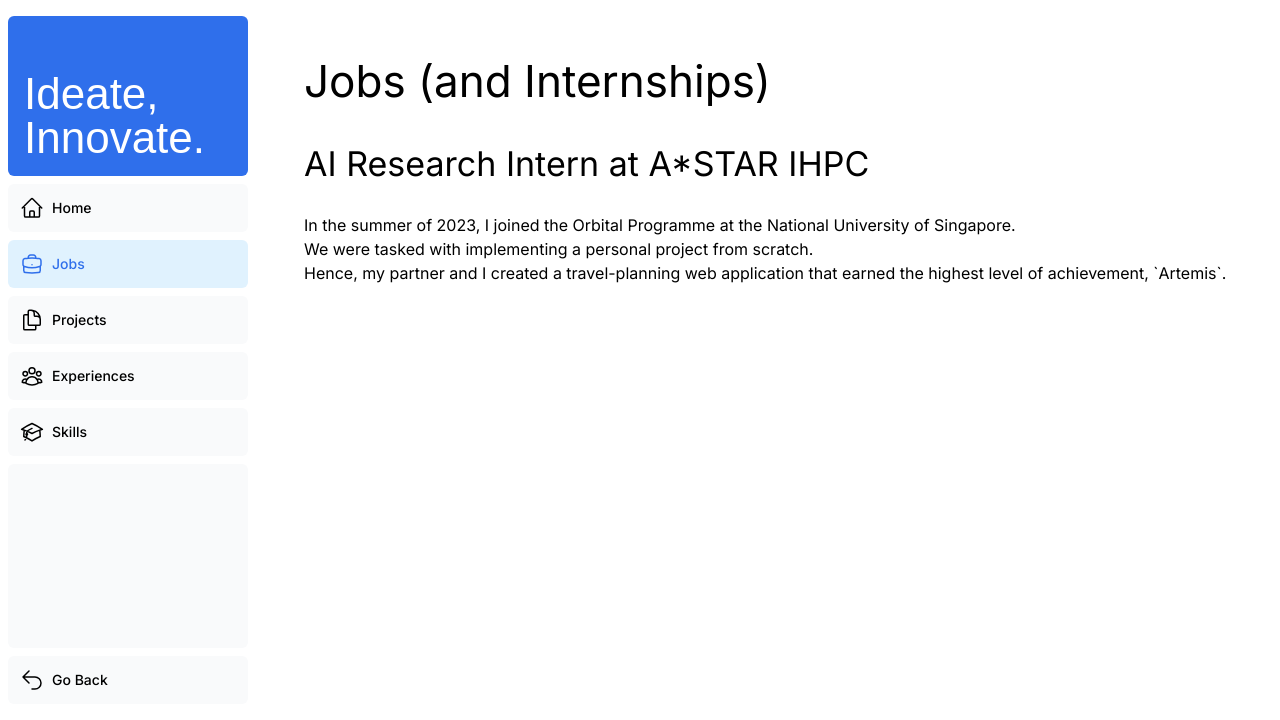
Repository: ThatGirlJam/jaime-portfolio
Page: /dashboard/jobs
These files come from the project's save history. The page is drawn as it stood at one moment and after the next save; the edit follows.
The browser window is 1280 px wide. The pictures show the whole page.
Some web fonts or font styles are not loaded; a fallback is used. The project was rebuilt for these pictures with package versions that can differ from the ones it lists, and the page was loaded fresh each time. The framework's server and built-in components were replaced by stand-ins that run in the browser. Also part of the build but not shown: next.config.js.

Above is the page before, as saved 2024-06-05 19:52:44.

### app/dashboard/jobs/page.tsx
export default function Page() {
  return (
    <div>
      <p className="text-[44px]"> Jobs (and Internships) </p>
      <br />
      <p className="text-[34px]"> AI Research Intern at A*STAR IHPC </p>
      <br />

      <p>
        In the summer of 2023, I joined the Orbital Programme at the National
        University of Singapore. <br />
        We were tasked with implementing a personal project from scratch. <br />
        Hence, my partner and I created a travel-planning web application that
        earned the highest level of achievement, `Artemis`.
      </p>
    </div>
  );
}

### app/ui/fonts.ts
import { Inter } from 'next/font/google';
import { Lusitana } from 'next/font/google';

export const inter = Inter({ subsets: ['latin'] });

export const lusitana = Lusitana({
  weight: ['400', '700'],
  subsets: ['latin'],
});

### app/ui/dashboard/sidenav.tsx
import Link from 'next/link';
import NavLinks from '@/app/ui/dashboard/nav-links';
import BannerLogo from '@/app/ui/banner-logo';
import { ArrowUturnLeftIcon } from '@heroicons/react/24/outline';

export default function SideNav() {
  return (
    <div className="flex h-full flex-col px-3 py-4 md:px-2">
      <Link
        className="h-25 mb-2 flex items-end justify-start rounded-md bg-blue-600 p-4 md:h-40"
        href="/"
      >
        <div className="w-32 text-white md:w-40">
          <BannerLogo />
        </div>
      </Link>
      <div className="flex grow flex-row justify-between space-x-2 md:flex-col md:space-x-0 md:space-y-2">
        <NavLinks />
        <div className="hidden h-auto w-full grow rounded-md bg-gray-50 md:block"></div>
        <Link href="/">
          <button className="flex h-[48px] w-full grow items-center justify-center gap-2 rounded-md bg-gray-50 p-3 text-sm font-medium hover:bg-sky-100 hover:text-blue-600 md:flex-none md:justify-start md:p-2 md:px-3">
            <ArrowUturnLeftIcon className="w-6" />
            <div className="hidden md:block">Go Back</div>
          </button>
        </Link>
      </div>
    </div>
  );
}

### app/ui/dashboard/nav-links.tsx
'use client';

import {
  UserGroupIcon,
  HomeIcon,
  DocumentDuplicateIcon,
  AcademicCapIcon,
  BriefcaseIcon,
} from '@heroicons/react/24/outline';
import Link from 'next/link';
import { usePathname } from 'next/navigation';
import clsx from 'clsx';

// Map of links to display in the side navigation.
// Depending on the size of the application, this would be stored in a database.
const links = [
  { name: 'Home', href: '/dashboard', icon: HomeIcon },
  {
    name: 'Jobs',
    href: '/dashboard/jobs',
    icon: BriefcaseIcon,
  },
  {
    name: 'Projects',
    href: '/dashboard/projects',
    icon: DocumentDuplicateIcon,
  },
  { name: 'Experiences', href: '/dashboard/experiences', icon: UserGroupIcon },
  { name: 'Skills', href: '/dashboard/skills', icon: AcademicCapIcon },
];

export default function NavLinks() {
  const pathname = usePathname();

  return (
    <>
      {links.map((link) => {
        const LinkIcon = link.icon;
        return (
          <Link
            key={link.name}
            href={link.href}
            //When the link.href aka link of the nav option matches the curr path name, turn blue to show user is on that page
            className={clsx(
              'flex h-[48px] grow items-center justify-center gap-2 rounded-md bg-gray-50 p-3 text-sm font-medium hover:bg-sky-100 hover:text-blue-600 md:flex-none md:justify-start md:p-2 md:px-3',
              {
                'bg-sky-100 text-blue-600': pathname === link.href,
              },
            )}
          >
            <LinkIcon className="w-6" />
            <p className="hidden md:block">{link.name}</p>
          </Link>
        );
      })}
    </>
  );
}

### app/ui/banner-logo.tsx
import { lusitana } from '@/app/ui/fonts';

export default function BannerLogo() {
  return (
    <div
      className={`${lusitana.className} flex flex-row items-center leading-none text-white`}
    >
      <p className="text-[44px]">Ideate, Innovate.</p>
    </div>
  );
}

Loaded but not shown: app/layout.tsx (common file); app/dashboard/layout.tsx (common file); app/ui/global.css (common file); tailwind.config.ts (common file)

After the next save:
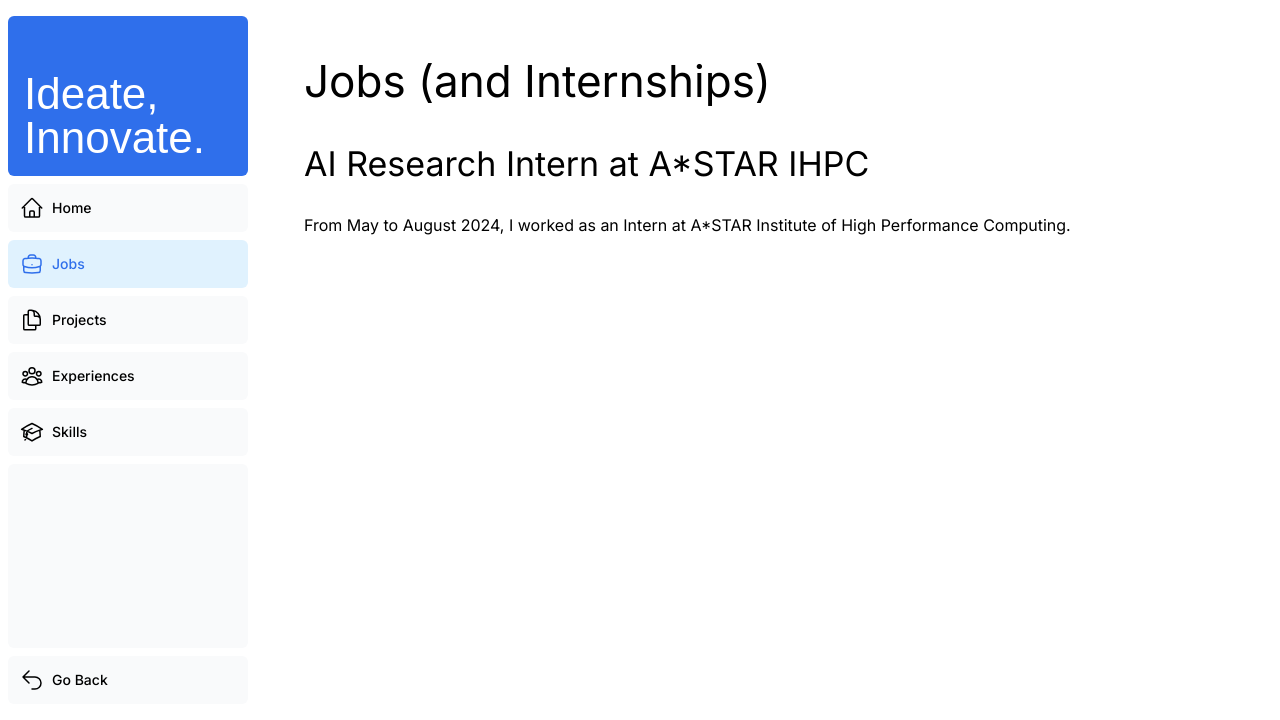
Saved 31 s later.
--- a/app/dashboard/jobs/page.tsx
+++ b/app/dashboard/jobs/page.tsx
@@ -7,11 +7,8 @@
       <br />
 
       <p>
-        In the summer of 2023, I joined the Orbital Programme at the National
-        University of Singapore. <br />
-        We were tasked with implementing a personal project from scratch. <br />
-        Hence, my partner and I created a travel-planning web application that
-        earned the highest level of achievement, `Artemis`.
+        From May to August 2024, I worked as an Intern at A*STAR Institute of
+        High Performance Computing.
       </p>
     </div>
   );
